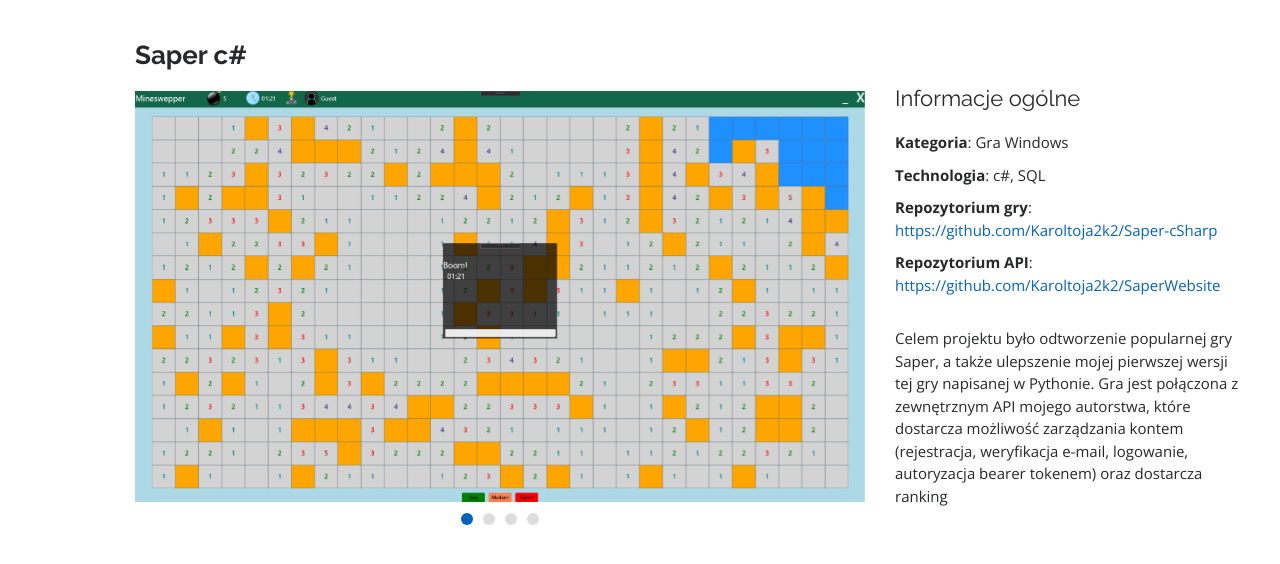
Repository: Karoltoja2k2/MyResume
Page: mineswepperC#-details.html
An editor plug-in stored every save of this project. The page is shown before and after the next save, followed by the edit.
The browser window is 1280 px wide. The pictures show the whole page.
Pictures or frames that could not be fetched are drawn as grey boxes.

Above is the page before, as saved 2020-06-21 14:54:11.

After the next save:
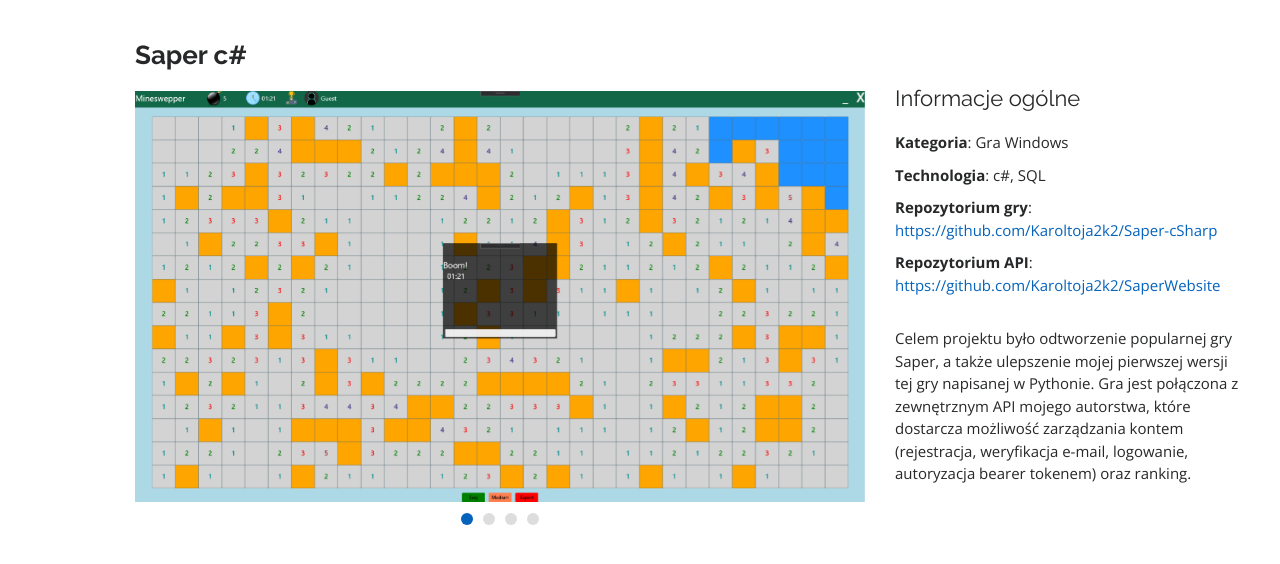
Saved 10 s later.
--- a/mineswepperC#-details.html
+++ b/mineswepperC#-details.html
@@ -69,7 +69,7 @@
             <p>
               Celem projektu było odtworzenie popularnej gry Saper, a także ulepszenie mojej pierwszej wersji tej gry napisanej w Pythonie.
               Gra jest połączona z zewnętrznym API mojego autorstwa, które dostarcza możliwość zarządzania kontem (rejestracja, weryfikacja e-mail,
-              logowanie, autoryzacja bearer tokenem) oraz dostarcza ranking
+              logowanie, autoryzacja bearer tokenem) oraz ranking.
             </p>
           </div>
 
